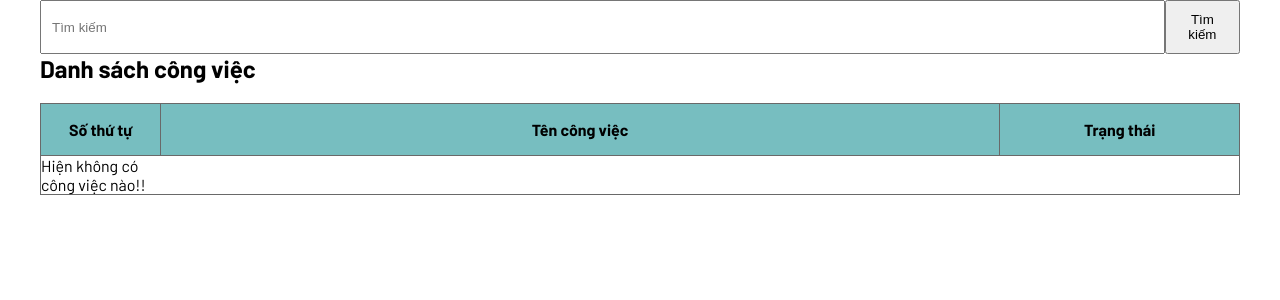
Repository: OkazakiTruong/searchReact
Page: /
The author's editor kept a copy of each file at every save. The page is drawn from the files as they stood at one save, then again after the next save.
The browser window is 1280 px wide. The pictures show the whole page.
The page's requests for data from a server got no answer. The project was rebuilt for these pictures with package versions that can differ from the ones it lists, and the page was loaded fresh each time. No one was signed in, and anything a server would have sent is missing. Also part of the build but not shown: vite.config.js.

Above is the page before, as saved 2024-01-11 14:14:23.

After the next save:
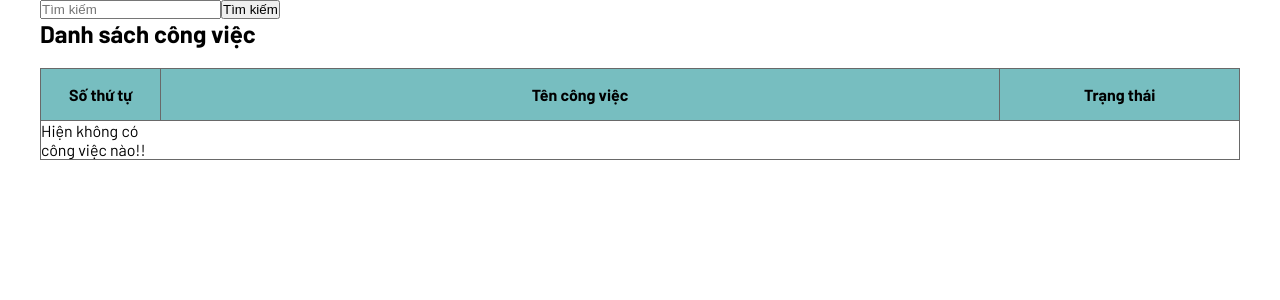
Saved 12 s later.
--- a/src/SearchApp/Search/Search.css
+++ b/src/SearchApp/Search/Search.css
@@ -1,10 +1,3 @@
-input {
-  padding: 10px;
-  width: 100%;
-}
-button {
-  padding: 10px;
-}
 .search-bar {
   display: flex;
 }
